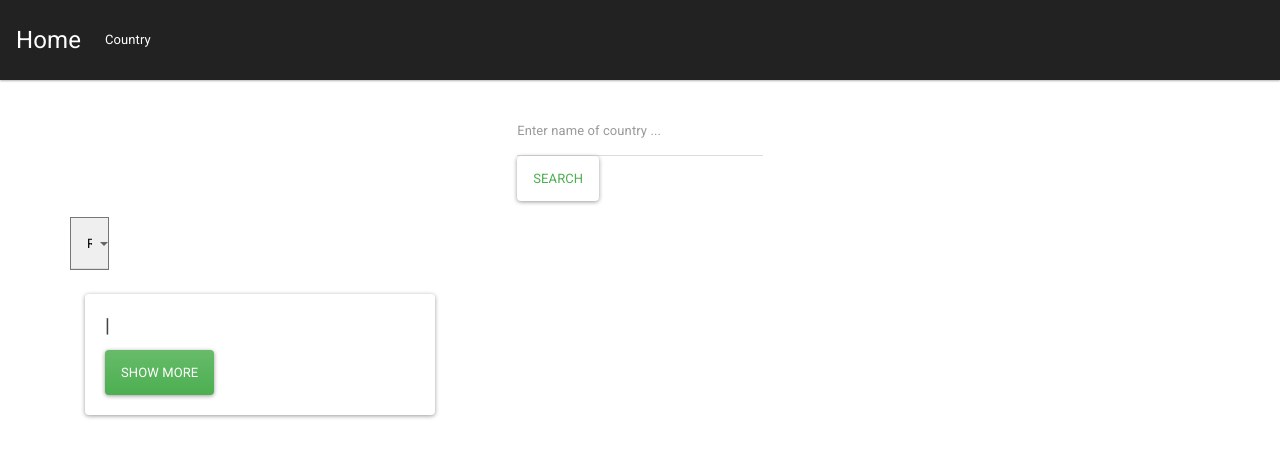
Repository: abdelhak-f/Countries_React
Page: / (app in client/)
The author's editor kept a copy of each file at every save. The page is drawn from the files as they stood at one save, then again after the next save.
The browser window is 1280 px wide. The pictures show the whole page.
The page's requests for data from a server got no answer. The project was rebuilt for these pictures with package versions that can differ from the ones it lists, and the page was loaded fresh each time. No one was signed in, and anything a server would have sent is missing. Also part of the build but not shown: client/src/components/countrys/ProfilCountry.jsx.

Above is the page before, as saved 2021-05-12 10:42:40.

### client/src/App.js
import  React from 'react';
import './App.css';
import Countries from  './components/AllCountries';
import  Navbar from './components/partials/Navbar';
import ProfileCountry from './components/countrys/ProfilCountry'
import SearchCountry from './components/countrys/SearchCountry'
import { BrowserRouter as Router, Switch, Route} from 'react-router-dom';

function App() {
  return (
    <Router>
    <div className="App">
      <Navbar />
      <div className="container">
      <Switch>
       <Route exact path="/" component={Countries} />
       <Route path="/" component={ProfileCountry}/>
       <Route path="/" component={SearchCountry}/>
      {/* <ProfileCountry/>
      <Countries /> */}
    </Switch>
      </div>
    </div>
    </Router>
  );
}

export default App;

### client/src/components/AllCountries.jsx
import React, { Component } from 'react';
import  Country  from  './countrys/Country';
import SearchCountry from './countrys/SearchCountry';
import ContinentRegion from './countrys/ContinentRegion';
import axios from 'axios';

class AllCountries extends Component  {

    constructor(props) {
        super(props)

        this.state = {
             countries: [
                 {

                 }
             ]
        }
    }
    getCountry = () => {
        axios.get(`https://restcountries.eu/rest/v2/all`)
                       .then(response => {
                           this.setState({
                            countries: response.data
                           })
                       })
    }
    componentDidMount() {
        this.getCountry()
    }
    // searchCountry =( data) => {
    //      if(data != ''){
    //           axios.get(`https://restcountries.eu/rest/v2=${data}`)
    //           .then(response => {
    //             this.setState({
    //               countries: response.data.items

    //             })
    //           })
    //      }
    // }

  render() {
    return (
      <div>
          <div className="row   my-2">
              <div className="col-md-12">
       <SearchCountry getCountrySearch={this.searchCountry} />
              </div>
              <div className="">
       <ContinentRegion />
              </div>
          </div>
          <div className="row">
        {this.state.countries.map (country => (
            <div className="col-md-4 mt-3 key={name.id}">
              <Country  country={country} />
               </div>
        ))}
        </div>
      </div>
    )
  }
}

export default AllCountries

### client/src/components/partials/Navbar.jsx
import React from 'react';
import { Link } from 'react-router-dom';

export default function Navbar() {
  return (
    <>
    <nav className="navbar navbar-expand-sm navbar-dark bg-dark">
        <Link className="navbar-brand" to="/">Home</Link>
        <button className="navbar-toggler d-lg-none" type="button" data-toggle="collapse" data-target="#collapsibleNavId" aria-controls="collapsibleNavId"
            aria-expanded="false" aria-label="Toggle navigation">
            <span className="navbar-toggler-icon"></span>
        </button>
        <div className="collapse navbar-collapse" id="collapsibleNavId">
            <ul className="navbar-nav mr-auto mt-2 mt-lg-0">
                <li className="nav-item active">
                    <a className="nav-link" href="#">Country <span className="sr-only">(current)</span></a>
                </li>
            </ul>

        </div>
    </nav>
    </>
  );
}

### client/src/components/countrys/SearchCountry.jsx
// import React, { Component } from 'react'

// class SearchCountry extends Component {
//     state = {
//         search : ''
//     }
//     handleForm  = (e) => {
//         this.setState({
//             search:e.target.value
//         })
//     }

//     searchCountries= (e) => {
//         e.preventDefault();
//         this.props.getCountrySearch(this.state.search)
//     }
//   render() {
//       const {search} = this.state;
//     return (

//         <form onSubmit={this.searchCountries}>
//             <div className="form-group ">
//                 <input onChange={this.handleForm} value={search} placeholder='Search countries ...' id="search" type="text" className="form-control"/>
//                 </div>
//                 {/* {search} */}
//                 <button className="btn btn-danger">Search</button>
//         </form>

//     )
//   }
// }

// export default SearchCountry

/* eslint-disable array-callback-return */
/* eslint-disable react-hooks/exhaustive-deps */

import { Link } from 'react-router-dom';
import React, { useState, useEffect } from 'react';

const SearchCountry = ({ alpha3Code, alpha2Code, flag, name}) => {

    const [Data, setData] = useState([])
    const [input, setInput] = useState('')
    const [output, setOutput] = useState([])

    // get data
    useEffect(() => {
        fetch('https://restcountries.eu/rest/v2/all')
            .then(res => res.json())
            .then(data => setData(data));
    }, [])

    // filter data

    useEffect(() => {
        setOutput([])
        Data.filter(val => {
            if (val.alpha3Code.toUpperCase().includes(input.toUpperCase())) {
                setOutput(output => [...output, val])
            }
        })

    }, [input]);

    return (
        <div>
            <div className="container-fluid w-25 p-3">
                <form className="">
                    <input onChange={e => setInput(e.target.value)} className="form-control" type="search" placeholder="Enter name of country ..." aria-label="Search" />
                    <button className="btn btn-outline-success" type="submit">Search</button>
                </form>
            </div>

            <div className="countainer-fluid ml-5 col-6">
                {SearchCountry && output.map((res, index) => (
                    <>
                        <div key={index} className='card-body'>
                                <img className="card-img-top"  src={res.flag} alt="flag" />
                             <div className="card-text">
                                <p>{res.alpha3Code} </p>
                                <p>{res.alpha2Code}</p>
                                <Link to={`/ProfilCountry/${res.name}`}>
                                    <button className="btn btn-success">show more</button>
                                </Link>

                            </div>
                        </div>
                    </>
                ))}
            </div>
        </div>
    );
}

export default SearchCountry;

### client/src/components/countrys/Country.jsx
import React, { Component } from 'react';
import { Link } from 'react-router-dom';


  class Country extends Component{
    constructor(props) {
      super(props);
      this.state = {};
      console.log(props.data);
    }

  render() {
    return (
      <>
         <div className="card">
                   <img className="card-img-top" src= {this.props.country.flag}  alt="" />
                   <div className="card-body">
                   <h4 className="card-title">{this.props.country.alpha2Code} | {this.props.country.alpha3Code}</h4>
                       <p className="card-text">

                           <Link to={'/ProfilCountry/' +this.props.country.name} className="btn btn-success">show more</Link>

                           {/* <a href={this.props.country.regionalBlocs} className="btn btn-success ">profile</a> */}
                       </p>
                   </div>
                   </div>
      </>
    )
    }
  }


export default Country ;

### client/src/components/countrys/ContinentRegion.jsx
/* eslint-disable array-callback-return */
/* eslint-disable react-hooks/exhaustive-deps */
import React, { useState, useEffect } from "react";



   const ContinentRegion = () => {
    const [Data, setData] = useState([])
    const [input, setInput] = useState({ name:''})
    const [output, setOutput] = useState([])

    useEffect(() => {
        fetch('https://restcountries.eu/rest/v2/all')
            .then(res => res.json())
            .then(data => setData(data));
    },[])

    useEffect(() => {
        setOutput([])
        Data.filter(val => {
            if (val.region.includes(input)) {
                setOutput(output => [...output, val])
            }
        })

    }, [input]);
    console.log('code=>', input);

    return (
        <div className= 'container row select'>
            <select name='name' onChange={e => setInput(e.target.value)} class="form-select form-select-sm  w-75 p-3" aria-label=".form-select-sm example">
                <option selected>Region</option>
                {/* <option value="All">All</option> */}
                <option value="Africa">Africa</option>
                <option value="Asia">Asia</option>
                <option value="Europe">Europe</option>
                <option value="Oceania">Oceania</option>
            </select>
            <div className="card  ">
                {output.map((res, index) => (
                    <>
                        <div className='col-md-4 my-2' key={index}>
                                <img className="card-img-top " src={res.flag} alt="flag" />
                            <div className='card-body'>
                                <h2>{res.name} </h2>
                                <p>region:{res.region}</p>
                                <p>capital:{res.capital}</p>
                            </div>
                        </div>
                    </>
                ))}
            </div>
        </div>
    );
}

export default ContinentRegion

Loaded but not shown: client/public/index.html (common file); client/src/index.js (common file); client/src/App.css (library)

After the next save:
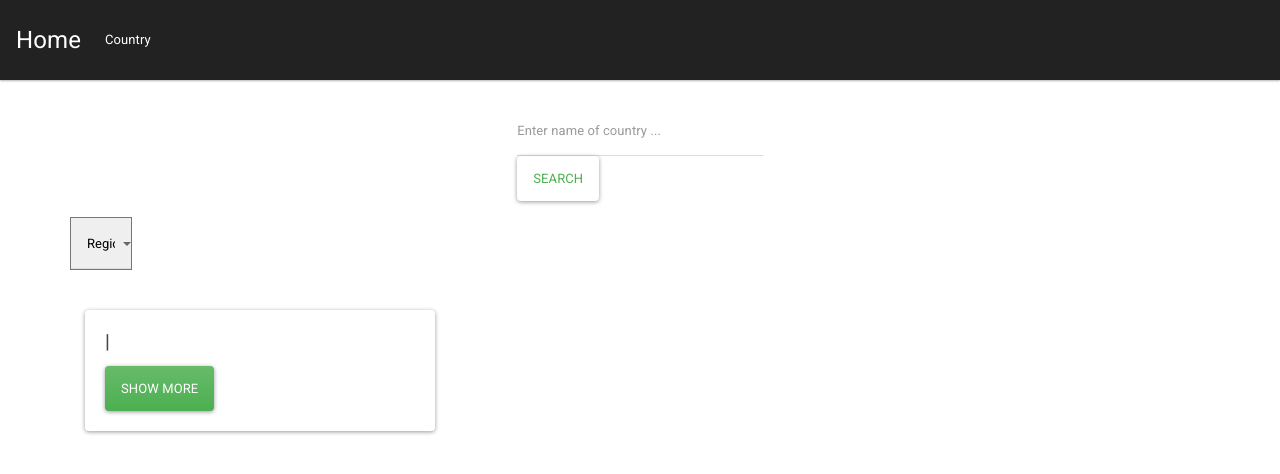
Saved 28 s later.
--- a/client/src/components/countrys/ContinentRegion.jsx
+++ b/client/src/components/countrys/ContinentRegion.jsx
@@ -36,10 +36,10 @@ import React, { useState, useEffect } from "react";
                 <option value="Europe">Europe</option>
                 <option value="Oceania">Oceania</option>
             </select>
-            <div className="card  ">
+            <div className="card  col-md-4 my-2">
                 {output.map((res, index) => (
                     <>
-                        <div className='col-md-4 my-2' key={index}>
+                        <div className='' key={index}>
                                 <img className="card-img-top " src={res.flag} alt="flag" />
                             <div className='card-body'>
                                 <h2>{res.name} </h2>
